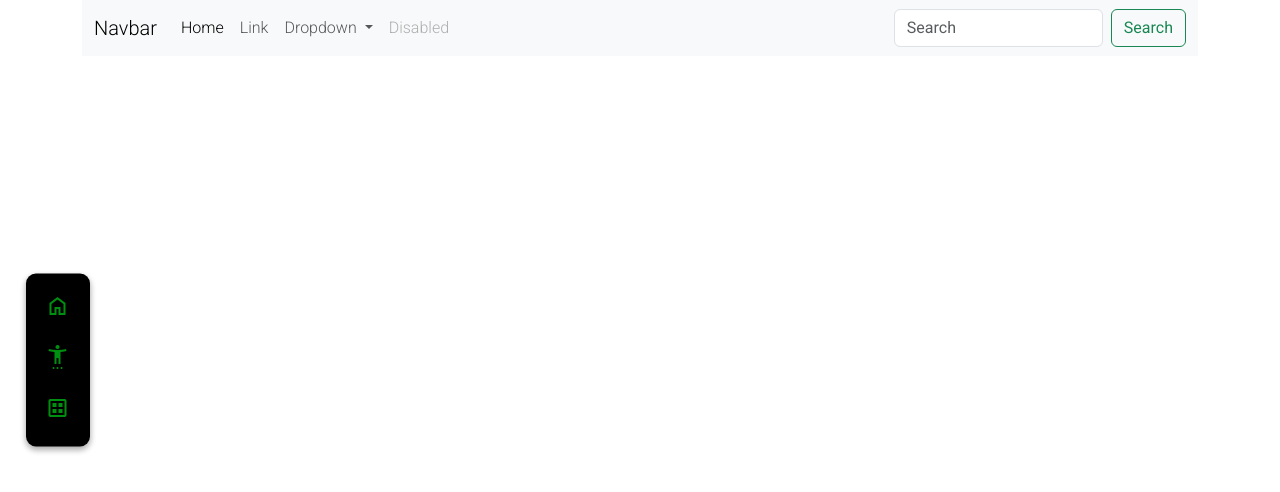
Repository: tuankiet10920/homeworkFEF
Page: /about
An editor plug-in stored every save of this project. The page is shown before and after the next save, followed by the edit.
The browser window is 1280 px wide. The pictures show the whole page.
The project was rebuilt for these pictures with package versions that can differ from the ones it lists, and the page was loaded fresh each time. Also part of the build but not shown: vite.config.js, src/views/HomeView.vue. Imported but missing from the stored project, and not drawn on this page: src/assets/audio/intro.mp3.

Above is the page before, as saved 2024-11-10 17:45:52.

### index.html
<!doctype html>
<html lang="en">
  <head>
    <meta charset="UTF-8" />
    <link rel="icon" href="/favicon.ico" />
    <meta name="viewport" content="width=device-width, initial-scale=1.0" />
    <link
      href="https://cdn.jsdelivr.net/npm/bootstrap@5.3.3/dist/css/bootstrap.min.css"
      rel="stylesheet"
      integrity="sha384-QWTKZyjpPEjISv5WaRU9OFeRpok6YctnYmDr5pNlyT2bRjXh0JMhjY6hW+ALEwIH"
      crossorigin="anonymous"
    />
    <link
      rel="stylesheet"
      href="https://fonts.googleapis.com/css2?family=Material+Symbols+Outlined:opsz,wght,FILL,GRAD@20..48,100..700,0..1,-50..200"
    />
    <link rel="preconnect" href="https://fonts.googleapis.com" />
    <link rel="preconnect" href="https://fonts.gstatic.com" crossorigin />
    <link
      href="https://fonts.googleapis.com/css2?family=Roboto:ital,wght@0,100;0,300;0,400;0,500;0,700;0,900;1,100;1,300;1,400;1,500;1,700;1,900&display=swap"
      rel="stylesheet"
    />
    <title>Vite App</title>
    <link rel="stylesheet" href="./src/assets/css/main.css" />
  </head>
  <body>
    <div id="app"></div>
    <script
      src="https://cdn.jsdelivr.net/npm/bootstrap@5.3.3/dist/js/bootstrap.bundle.min.js"
      integrity="sha384-YvpcrYf0tY3lHB60NNkmXc5s9fDVZLESaAA55NDzOxhy9GkcIdslK1eN7N6jIeHz"
      crossorigin="anonymous"
    ></script>
    <script type="module" src="/src/main.js"></script>
  </body>
</html>

### src/assets/css/main.css
* {
  margin: 0;
  padding: 0;
  box-sizing: border-box;
  text-decoration: none;
  color: #000;
  font-size: 16px;
  font-family: 'Roboto', sans-serif;
  font-weight: 300;
  font-style: normal;
}

### src/App.vue
<script setup>
import { RouterLink, RouterView } from 'vue-router'
import GetSrcImage from './assets/help/getSrcImage.js'
import Icon from './components/Icon.vue'
</script>

<template>
  <header>
    <div class="wrapper">
      <nav>
        <RouterLink to="/">
          <Icon iconName="home" />
        </RouterLink>

        <RouterLink to="/about">
          <Icon iconName="settings_accessibility" />
        </RouterLink>

        <RouterLink to="/labs">
          <Icon iconName="dataset" />
        </RouterLink>
      </nav>
    </div>
  </header>
  <RouterView />
</template>

<style scoped>
.wrapper nav a {
  margin-bottom: 20px;
  width: fit-content;
  text-decoration: none;
}
.wrapper nav a span {
  color: #009011;
}
.wrapper nav a:last-child {
  margin-bottom: 0;
}
nav {
  display: flex;
  flex-direction: column;
  justify-content: center;
  position: absolute;
  top: 50%;
  left: 2%;
  transform: translateY(-50%);
  padding: 20px;
  border-radius: 10px;
  background: #000;
  box-shadow:
    rgba(0, 0, 0, 0.16) 0px 3px 6px,
    rgba(0, 0, 0, 0.23) 0px 3px 6px;
}
</style>

### src/router/index.js
import { createRouter, createWebHistory } from 'vue-router'
import HomeView from '../views/HomeView.vue'

const router = createRouter({
  history: createWebHistory(import.meta.env.BASE_URL),
  routes: [
    {
      path: '/',
      name: 'home',
      component: HomeView,
    },
    {
      path: '/about',
      name: 'about',
      // route level code-splitting
      // this generates a separate chunk (About.[hash].js) for this route
      // which is lazy-loaded when the route is visited.
      component: () => import('../views/AboutView.vue'),
    },
    {
      path: '/labs',
      name: 'labs',
      component: () => import('../views/LabView.vue'),
    }
  ],
})

export default router

### src/assets/help/getSrcImage.js
const getSrcImage = (image) => {
    let __path = 'http://localhost:5173/src/assets/img/'
    return __path + image
}
export default getSrcImage

### src/components/Icon.vue
<script setup>
const props = defineProps(['iconName'])
</script>
<template>
  <span class="material-symbols-outlined"> {{ props.iconName }} </span>
</template>
<style scoped></style>

### src/views/AboutView.vue
<script setup>
import Bai5 from '../Labs/Lab3/Bai5.vue'
</script>
<template>
  <Bai5 />
</template>

<style></style>

### src/Labs/Lab3/Bai5.vue
<script setup></script>
<template>
  <div class="container">
    <nav class="navbar navbar-expand-lg bg-body-tertiary">
      <div class="container-fluid">
        <a class="navbar-brand" href="#">Navbar</a>
        <button
          class="navbar-toggler"
          type="button"
          data-bs-toggle="collapse"
          data-bs-target="#navbarSupportedContent"
          aria-controls="navbarSupportedContent"
          aria-expanded="false"
          aria-label="Toggle navigation"
        >
          <span class="navbar-toggler-icon"></span>
        </button>
        <div class="collapse navbar-collapse" id="navbarSupportedContent">
          <ul class="navbar-nav me-auto mb-2 mb-lg-0">
            <li class="nav-item">
              <a class="nav-link active" aria-current="page" href="#">Home</a>
            </li>
            <li class="nav-item">
              <a class="nav-link" href="#">Link</a>
            </li>
            <li class="nav-item dropdown">
              <a
                class="nav-link dropdown-toggle"
                href="#"
                role="button"
                data-bs-toggle="dropdown"
                aria-expanded="false"
              >
                Dropdown
              </a>
              <ul class="dropdown-menu">
                <li><a class="dropdown-item" href="#">Action</a></li>
                <li><a class="dropdown-item" href="#">Another action</a></li>
                <li><hr class="dropdown-divider" /></li>
                <li>
                  <a class="dropdown-item" href="#">Something else here</a>
                </li>
              </ul>
            </li>
            <li class="nav-item">
              <a class="nav-link disabled" aria-disabled="true">Disabled</a>
            </li>
          </ul>
          <form class="d-flex" role="search">
            <input
              class="form-control me-2"
              type="search"
              placeholder="Search"
              aria-label="Search"
            />
            <button class="btn btn-outline-success" type="submit">
              Search
            </button>
          </form>
        </div>
      </div>
    </nav>
  </div>
</template>
<style scoped></style>

Loaded but not shown: src/main.js (common file)

After the next save:
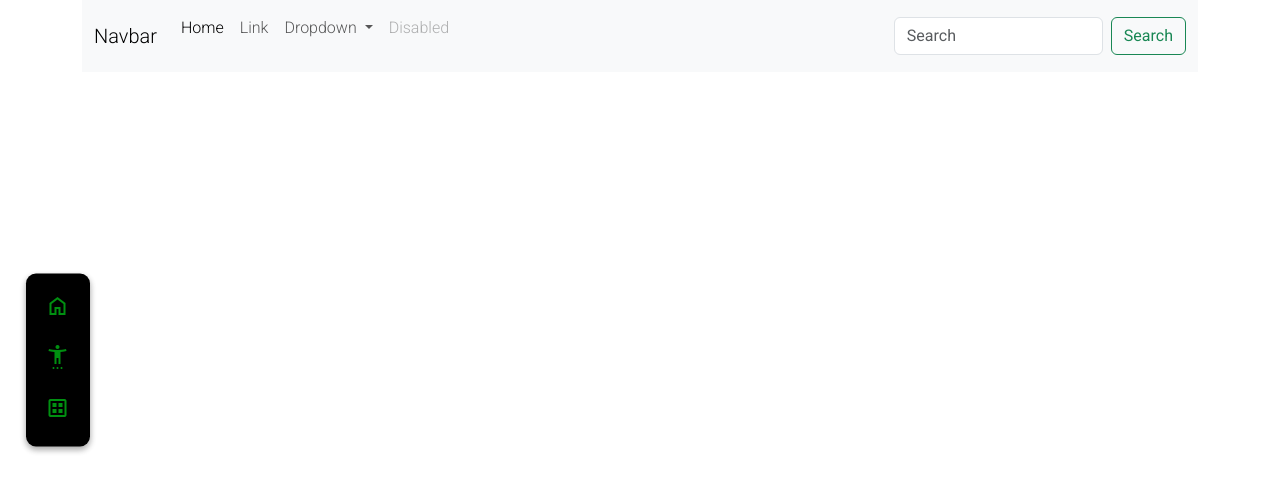
Saved 9 s later.
--- a/src/Labs/Lab3/Bai5.vue
+++ b/src/Labs/Lab3/Bai5.vue
@@ -21,7 +21,7 @@
               <a class="nav-link active" aria-current="page" href="#">Home</a>
             </li>
             <li class="nav-item">
-              <a class="nav-link" href="#">Link</a>
+              <p class="nav-link" href="#">Link</p>
             </li>
             <li class="nav-item dropdown">
               <a

After the save that followed:
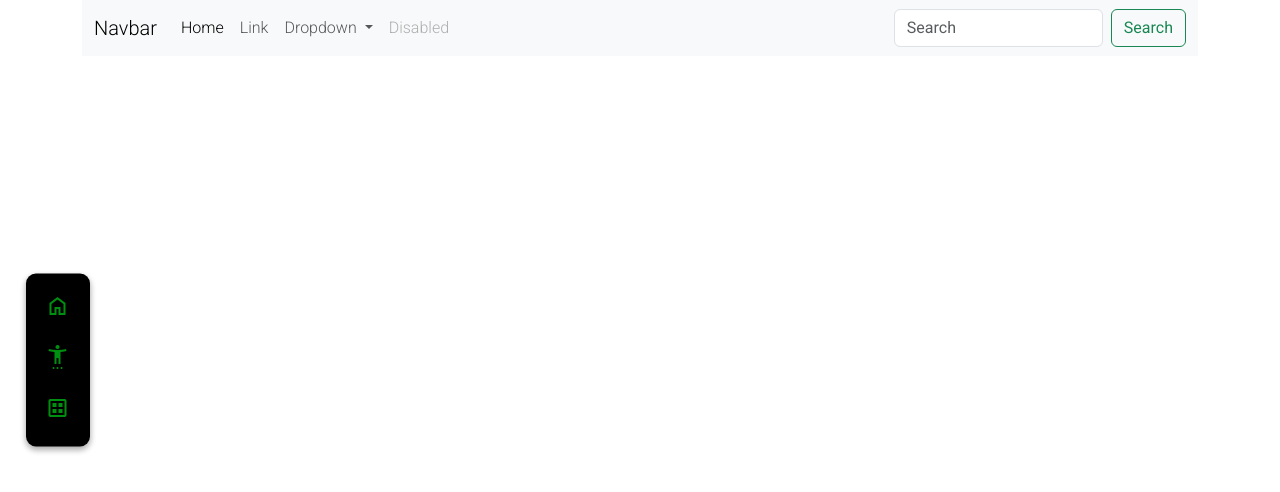
Saved 6 s later.
--- a/src/Labs/Lab3/Bai5.vue
+++ b/src/Labs/Lab3/Bai5.vue
@@ -21,7 +21,7 @@
               <a class="nav-link active" aria-current="page" href="#">Home</a>
             </li>
             <li class="nav-item">
-              <p class="nav-link" href="#">Link</p>
+              <a class="nav-link" href="#">Link</a>
             </li>
             <li class="nav-item dropdown">
               <a
